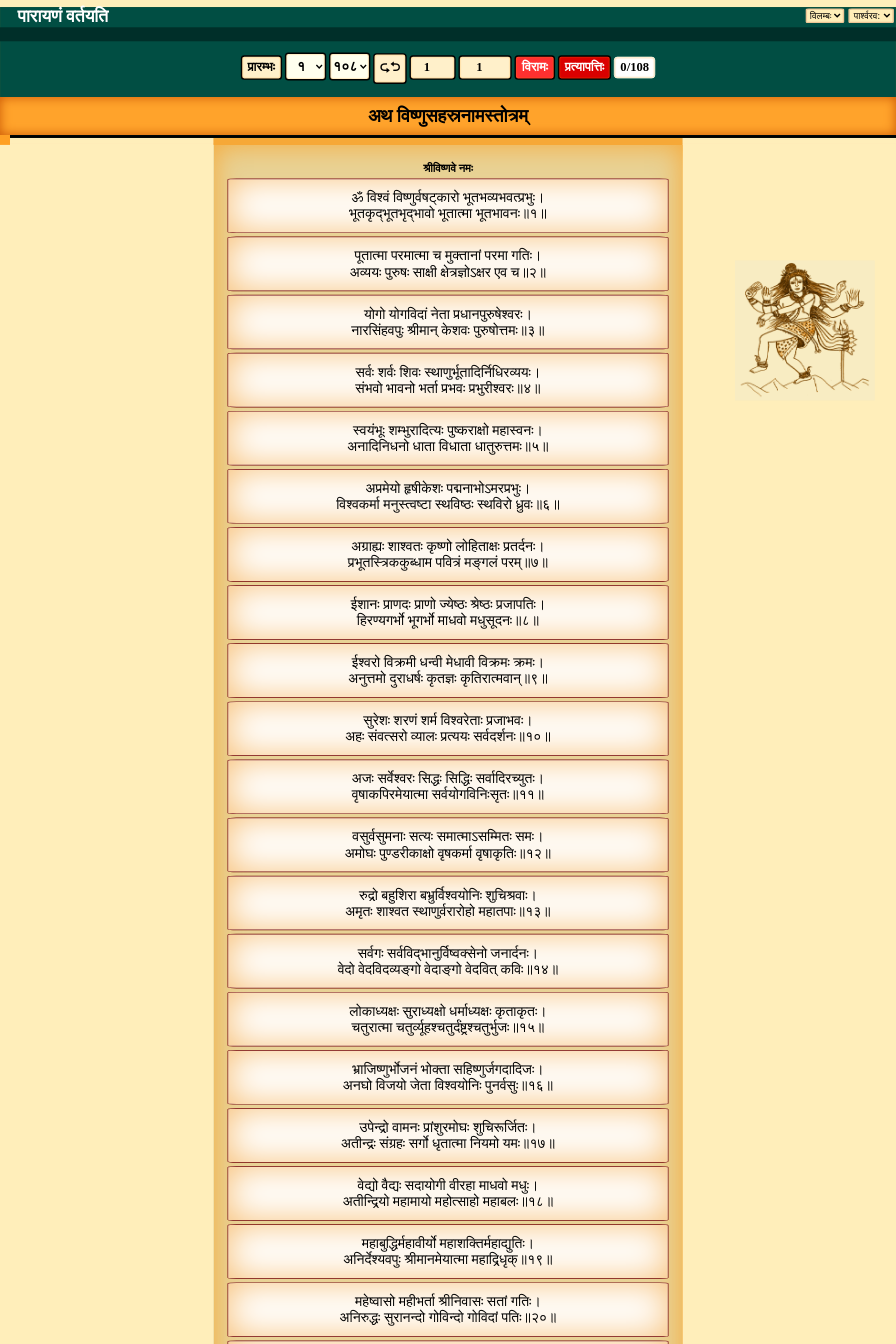
Repository: arshavak/vishnu-sahasranam
Page: index.html
An editor plug-in stored every save of this project. The page is shown before and after the next save, followed by the edit.
The browser window is 1280 px wide. The pictures show the part of the page from y = 0 to 1920 px (the page is 9274 px tall before and 9284 px after), at 70% of full size.

Above is the page before, as saved 2024-12-30 12:37:00.
Not found: scripts/sanskrittime.js

After the next save:
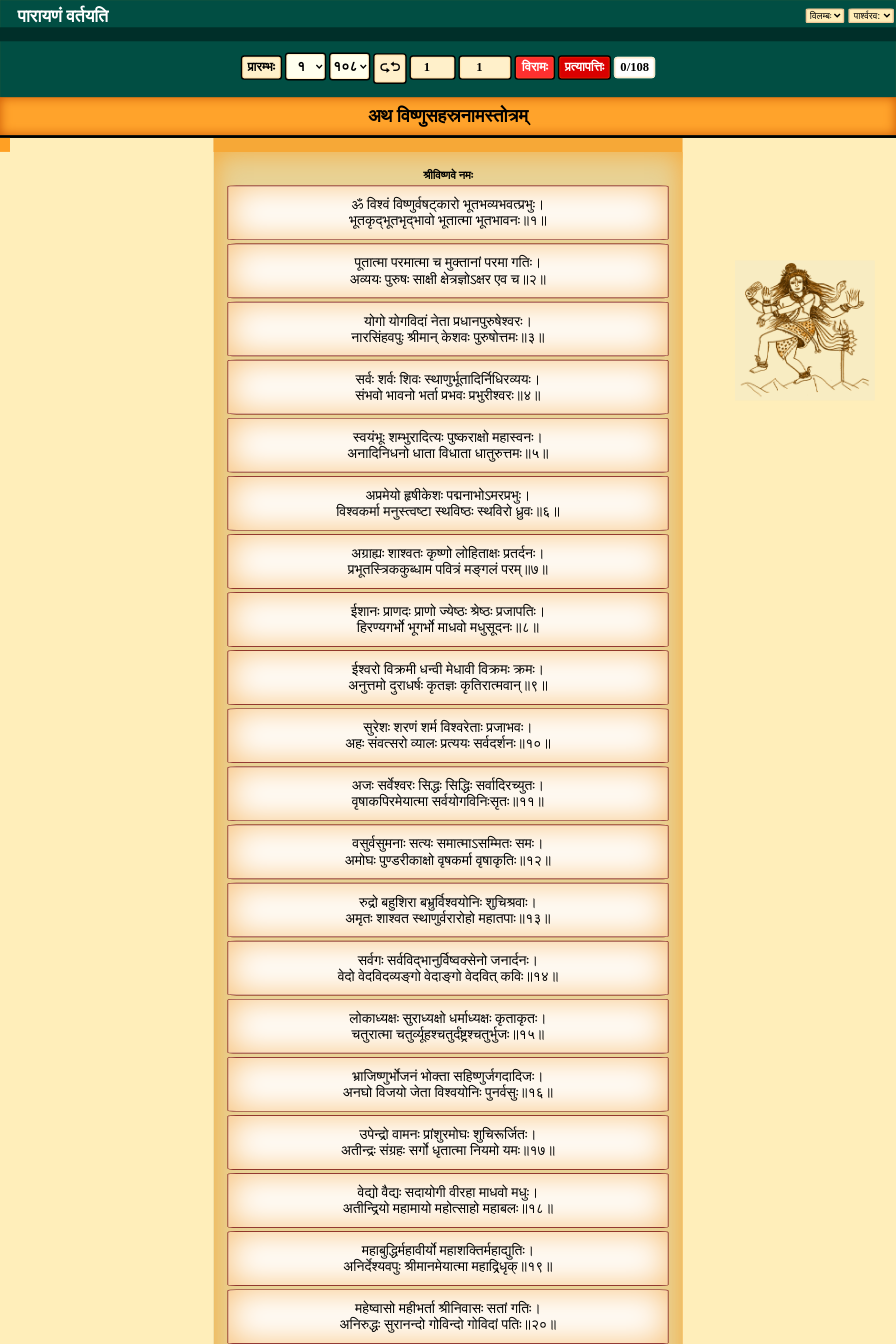
Saved 34 s later.
--- a/style/style.css
+++ b/style/style.css
@@ -166,7 +166,8 @@ border-radius: 5%;
 .player {
   display: block;
   position: fixed;
-  top: 10px;
+  top: 0px;
+
   align-items: center;
   /* background-image: url("backgrounds/astaSuraj.jpg");
   background-repeat:repeat;
@@ -176,7 +177,7 @@ border-radius: 5%;
   width: 99.99%;
   text-align:center;
   color: rgb(29, 1, 1);
-  padding-top:0px;
+  padding-top:10px;
   padding-bottom: 0px;
   box-shadow: inset 0px 0px 1px #ff8e03;
 
